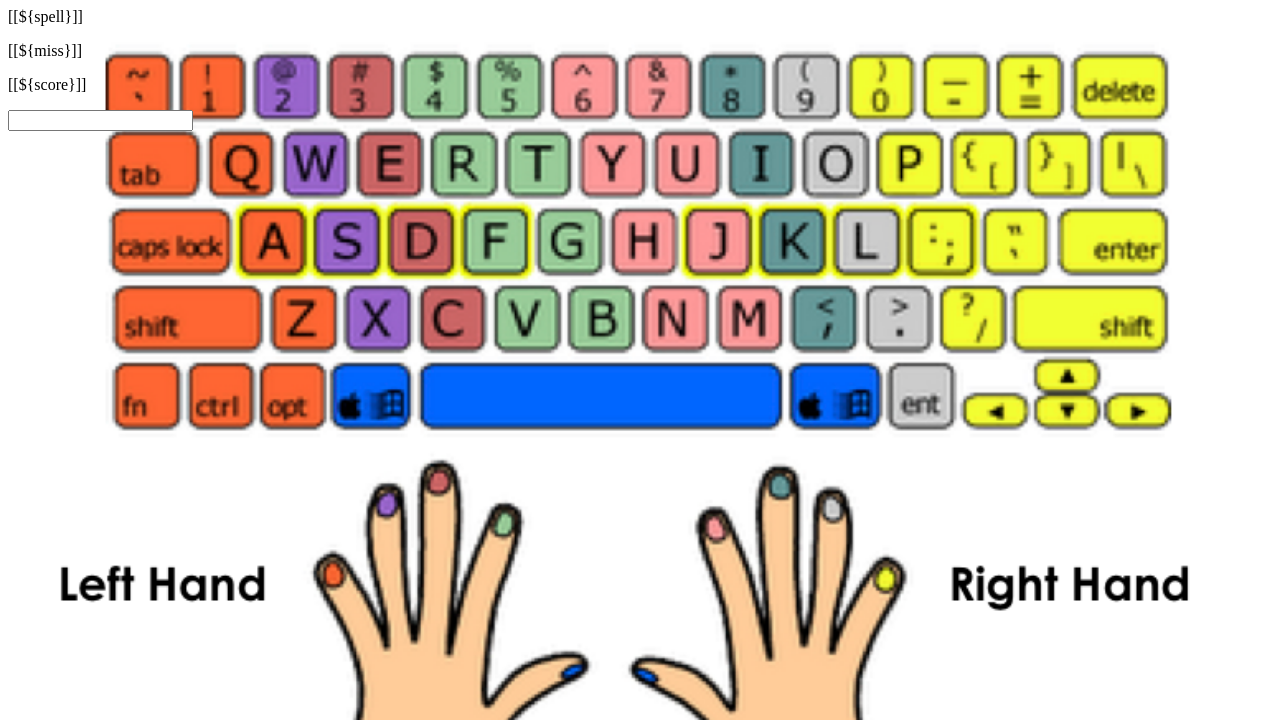
Repository: thaddeas01/typingskill
Page: src/main/resources/templates/single.html
The author's editor kept a copy of each file at every save. The page is drawn from the files as they stood at one save, then again after the next save.
The browser window is 1280 px wide. The pictures show the whole page.

Above is the page before, as saved 2023-01-14 00:29:39.
Console error: SyntaxError: Unexpected token '{'

### src/main/resources/templates/single.html
<head>
  <title>Game Application by Pentagon</title>
</head>

<body>
  <div id="app"></div>

  <p class="first"> [[${spell}]]</p>
  <p class="second"> [[${miss}]]</p>
  <p class="third"> [[${score}]]</p>
  <form th:action="@{/hantei(prob=${spell},miss=${miss},score=${score})}" method="post">
    <input type="text" name="answer" id="firstinput">
  </form>
</body>

<style>
  body {
      background-image: url('gamebacks.png');
      background-repeat: no-repeat;
      background-size: cover;
    }

  .base-timer {
    position: relative;
    width: 150px;
    height: 150px;
  }

  .base-timer__svg {
    transform: scaleX(-1);
  }

  .base-timer__circle {
    fill: none;
    stroke: none;
  }

  .base-timer__path-elapsed {
    stroke-width: 7px;
    stroke: grey;
  }

  .base-timer__path-remaining {
    stroke-width: 7px;
    stroke-linecap: round;
    transform: rotate(90deg);
    transform-origin: center;
    transition: 1s linear all;
    fill-rule: nonzero;
    stroke: currentColor;
  }

  .base-timer__path-remaining.green {
    color: rgb(65, 184, 131);
  }

  .base-timer__path-remaining.orange {
    color: orange;
  }

  .base-timer__path-remaining.red {
    color: red;
  }

  .base-timer__label {
    position: relative;
    top: -110px;
    width: 150px;
    height: 150px;
    display: flex;
    align-items: flex-start;
    justify-content: center;
    font-size: 48px;
  }
</style>
<script th:inline="javascript">
  const FULL_DASH_ARRAY = 300;
  const WARNING_THRESHOLD = 4;
  const ALERT_THRESHOLD = 2;

  const COLOR_CODES = {
    info: {
      color: "green"
    },
    warning: {
      color: "orange",
      threshold: WARNING_THRESHOLD
    },
    alert: {
      color: "red",
      threshold: ALERT_THRESHOLD
    }
  };

  const TIME_LIMIT = 7;
  let timePassed = 0;
  let timeLeft = TIME_LIMIT;
  let timerInterval = null;
  let remainingPathColor = COLOR_CODES.info.color;
  var miss = [[${ miss }]];
  var score = [[${ score }]];

  document.getElementById("app").innerHTML = `
<div class="base-timer">
  <svg class="base-timer__svg" viewBox="0 0 100 100" xmlns="http://www.w3.org/2000/svg">
    <g class="base-timer__circle">
      <circle class="base-timer__path-elapsed" cx="50" cy="50" r="45"></circle>
      <path
        id="base-timer-path-remaining"
        stroke-dasharray="283"
        class="base-timer__path-remaining ${remainingPathColor}"
        d="
          M 50, 50
          m -45, 0
          a 45,45 0 1,0 90,0
          a 45,45 0 1,0 -90,0
        "
      ></path>
    </g>
  </svg>
  <span id="base-timer-label" class="base-timer__label">${formatTime(
    timeLeft
  )}</span>
</div>
`;
  document.getElementById('firstinput').focus();
  startTimer();

  function startTimer() {
    timerInterval = setInterval(() => {
      timePassed = timePassed += 1;
      timeLeft = TIME_LIMIT - timePassed;
      document.getElementById("base-timer-label").innerHTML = formatTime(
        timeLeft
      );
      setCircleDasharray();
      setRemainingPathColor(timeLeft);

      if (timeLeft === 0) {
        clearInterval(timerInterval);
        setTimeout(function () {
          location.href = "/timeout?miss=" + miss + "&score=" + score
        }, 0);
      }
    }, 1000);
  }

  function formatTime(time) {
    const minutes = Math.floor(time / 60);
    let seconds = time % 60;

    if (seconds < 10) {
      seconds = `0${seconds}`;
    }

    return `${minutes}:${seconds}`;
  }

  function setRemainingPathColor(timeLeft) {
    const { alert, warning, info } = COLOR_CODES;
    if (timeLeft <= alert.threshold) {
      document
        .getElementById("base-timer-path-remaining")
        .classList.remove(warning.color);
      document
        .getElementById("base-timer-path-remaining")
        .classList.add(alert.color);
    } else if (timeLeft <= warning.threshold) {
      document
        .getElementById("base-timer-path-remaining")
        .classList.remove(info.color);
      document
        .getElementById("base-timer-path-remaining")
        .classList.add(warning.color);
    }
  }

  function calculateTimeFraction() {
    const rawTimeFraction = timeLeft / TIME_LIMIT;
    return rawTimeFraction - (1 / TIME_LIMIT) * (1 - rawTimeFraction);
  }

  function setCircleDasharray() {
    const circleDasharray = `${(
      calculateTimeFraction() * FULL_DASH_ARRAY
    ).toFixed(0)} 283`;
    document
      .getElementById("base-timer-path-remaining")
      .setAttribute("stroke-dasharray", circleDasharray);
  }
</script>

After the next save:
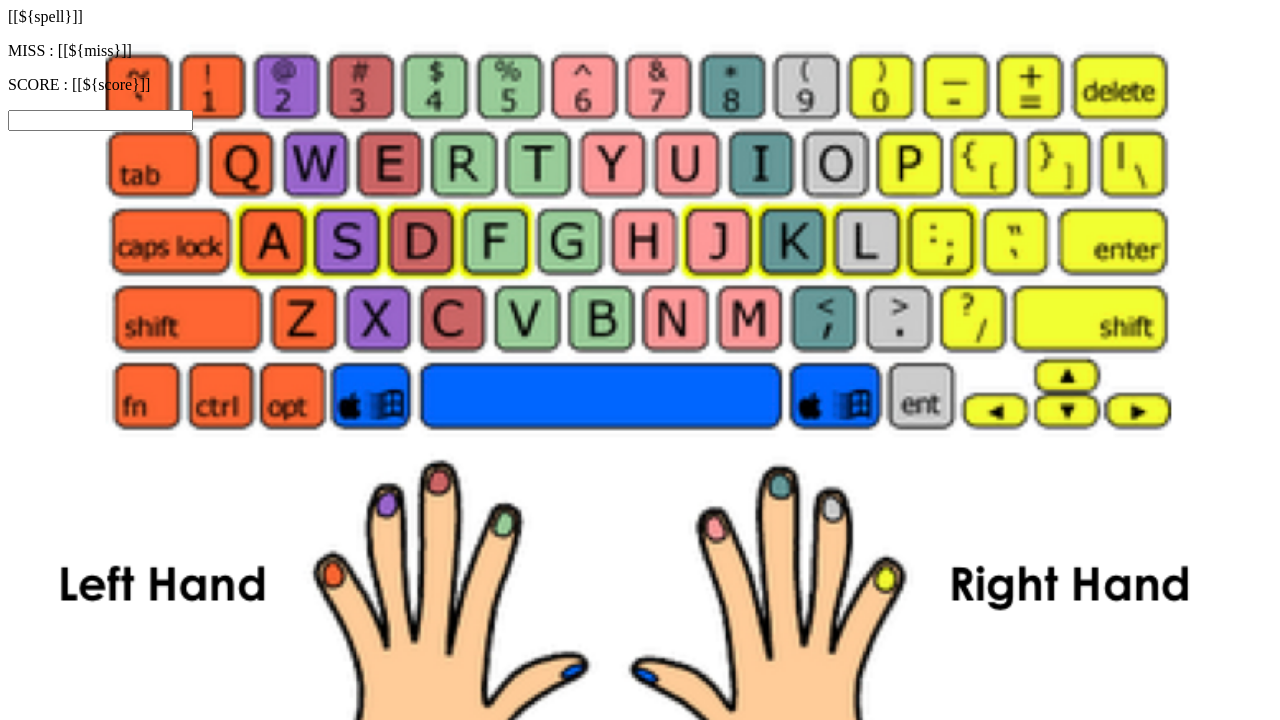
Saved 2 min 26 s later.
--- a/src/main/resources/templates/single.html
+++ b/src/main/resources/templates/single.html
@@ -6,8 +6,8 @@
   <div id="app"></div>
 
   <p class="first"> [[${spell}]]</p>
-  <p class="second"> [[${miss}]]</p>
-  <p class="third"> [[${score}]]</p>
+  <p class="second"> MISS : [[${miss}]]</p>
+  <p class="third"> SCORE : [[${score}]]</p>
   <form th:action="@{/hantei(prob=${spell},miss=${miss},score=${score})}" method="post">
     <input type="text" name="answer" id="firstinput">
   </form>
